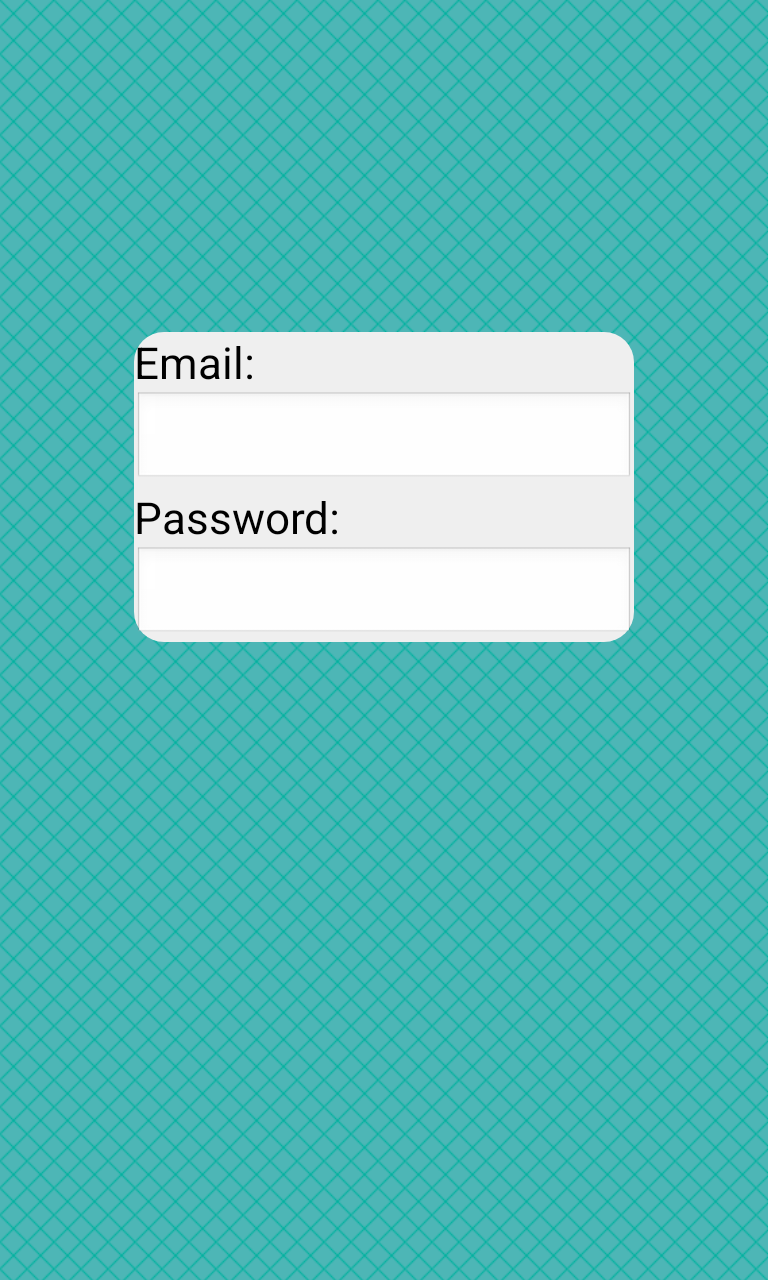
Repository: ppamorim/Coderock-X
Layout: workspace-Android/teste1/res/layout/activity_login.xml
These files come from the project's save history. The layout is drawn as it stood at one moment and after the next save; the edit follows.
It is drawn on a 768 x 1280 px phone screen (xhdpi) without system bars, with theme android:Theme.NoTitleBar; the app's code is not run.

Above is the layout before, as saved 2014-01-05 06:00:18.

After the next save:
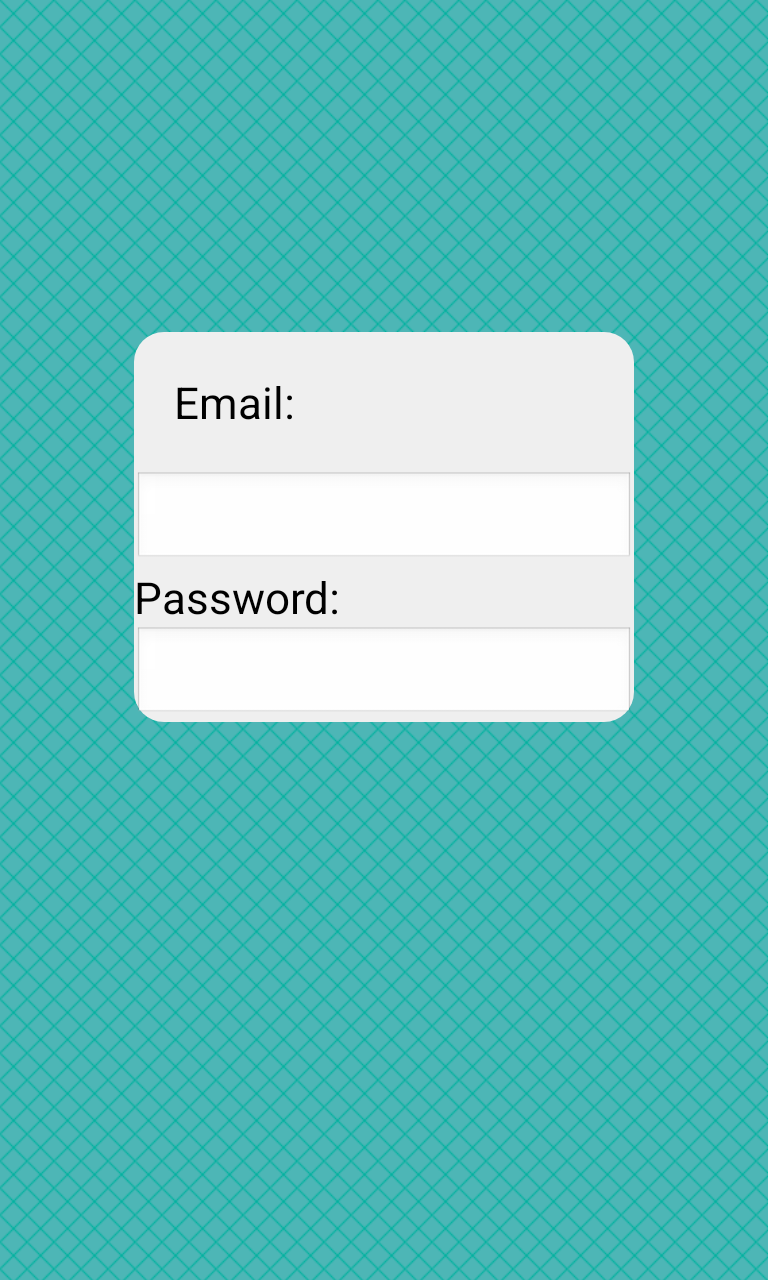
Saved 3 min 13 s later.
--- a/workspace-Android/teste1/res/layout/activity_login.xml
+++ b/workspace-Android/teste1/res/layout/activity_login.xml
@@ -38,6 +38,7 @@
                 android:layout_height="wrap_content"
                 android:text="@string/Email"
                 android:textColor="#000"
+                android:layout_margin="20dp"
                 android:textAppearance="?android:attr/textAppearanceLarge" />
 
             	<EditText
